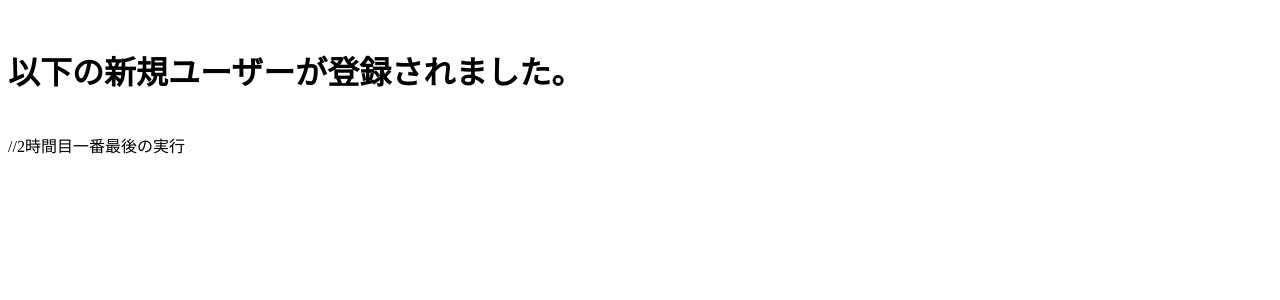
Repository: 1209mori05/test
Page: http://localhost/WebProj2/test.jsp
The author's editor kept a copy of each file at every save. The page is drawn from the files as they stood at one save, then again after the next save.
The browser window is 1280 px wide. The pictures show the whole page.
The page is served by Tomcat 9. Other server files are loaded and not shown.

Above is the page before, as saved 2018-03-13 08:56:47.

### WebProj2/WebContent/test.jsp
<%@ page language="java" contentType="text/html; charset=UTF-8"
    pageEncoding="UTF-8"%>
<%@ taglib prefix="s" uri="/struts-tags" %>
<!DOCTYPE html>
<html>
<head>
<meta charset="UTF-8">
<title>TEST</title>
</head>
<body>
	<br>
	<h1>以下の新規ユーザーが登録されました。</h1>
	<s:property value="username" /><br>
	<s:property value="password" />
</body>
</html>

//2時間目一番最後の実行

After the next save:
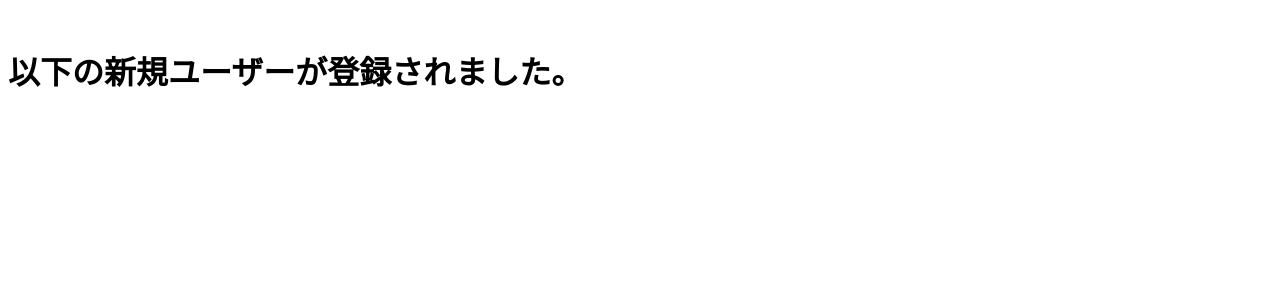
Saved 19 h 16 min later.
--- a/WebProj2/WebContent/test.jsp
+++ b/WebProj2/WebContent/test.jsp
@@ -14,5 +14,3 @@
 	<s:property value="password" />
 </body>
 </html>
-
-//2時間目一番最後の実行
